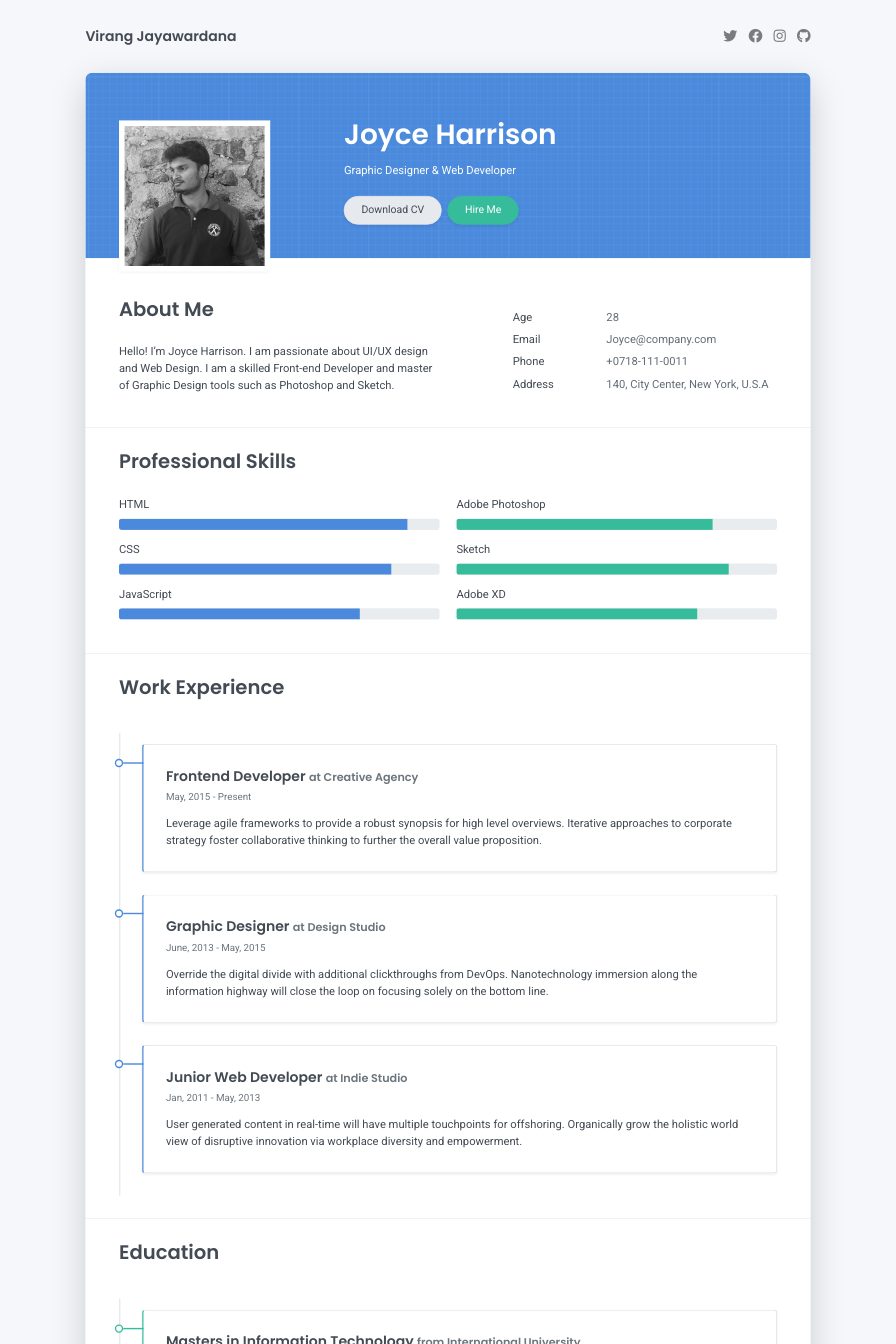
Repository: virangaj/resume
Page: index.html
These files come from the project's save history. The page is drawn as it stood at one moment and after the next save; the edit follows.
The browser window is 1280 px wide. The pictures show the part of the page from y = 0 to 1920 px (the page is 3310 px tall), at 70% of full size.

Above is the page before, as saved 2021-08-31 19:17:16.

After the next save:
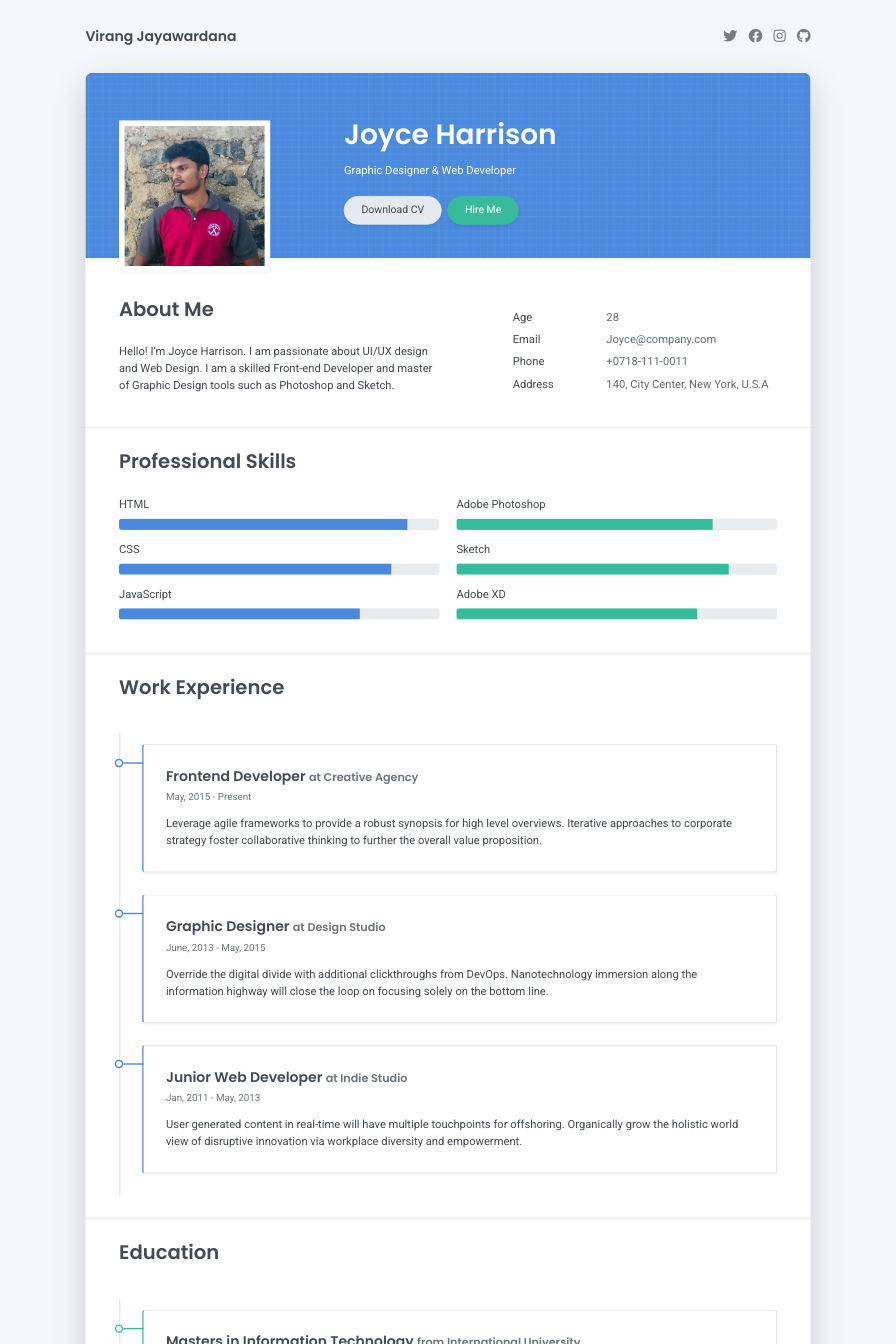
Saved 4 s later.
--- a/css/main.css
+++ b/css/main.css
@@ -113,8 +113,8 @@ html {
 }
 
 .avatar img {
-	/* Safari 6.0 - 9.0 */
-	filter: grayscale(100%);
+	Safari 6.0 - 9.0
+	/* filter: grayscale(100%); */
 }
 
 footer a:not(.nav-link) {
